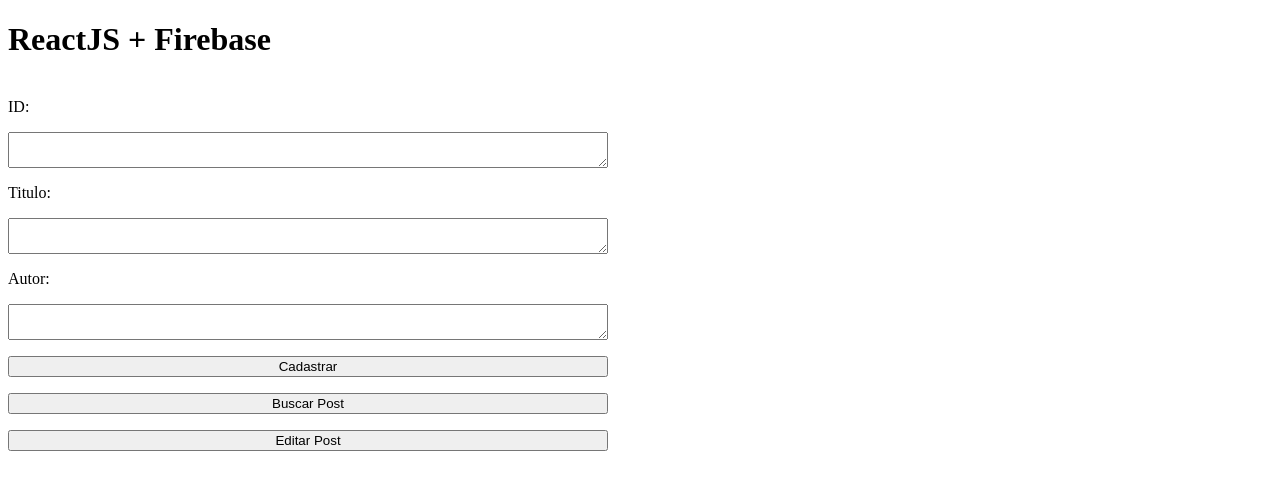
Repository: joaoaspimienta/Estudos-de-firebase
Page: /
The author's editor kept a copy of each file at every save. The page is drawn from the files as they stood at one save, then again after the next save.
The browser window is 1280 px wide. The pictures show the whole page.
The page's requests for data from a server got no answer. The project was rebuilt for these pictures with package versions that can differ from the ones it lists, and the page was loaded fresh each time. No one was signed in, and anything a server would have sent is missing.

Above is the page before, as saved 2022-06-12 11:27:54.

### src/App.js
import { useEffect, useState } from "react";
import firebase from "./firebaseConnection";
import "./style.css";

function App() {
  const [titulo, setTitulo] = useState("");
  const [autor, setAutor] = useState("");
  const [edit, setEdit] = useState("");
  const [posts, setPosts] = useState([]);

  useEffect(() => {
    async function loadPosts() {
      await firebase
        .firestore()
        .collection("posts")
        .onSnapshot((doc) => {
          let meusPosts = [];

          doc.forEach((item) => {
            meusPosts.push({
              id: item.id,
              titulo: item.data().titulo,
              autor: item.data().autor,
            });
          });
          setPosts(meusPosts);
        });
    }
    loadPosts();
  }, []);

  async function handleAdd() {
    await firebase
      .firestore()
      .collection("posts")
      .add({
        titulo: titulo,
        autor: autor,
      })
      .then(() => {
        alert("Dados cadastrados com sucesso!");
        setTitulo("");
        setAutor("");
      })
      .catch((error) => {
        alert("GEROU ALGUM ERRO: " + error);
      });
  }
  /*  async function handleAdd(){
    await firebase.firestore().collection('posts')
    .doc('12345')
    .set({
      titulo: titulo,
      autor: autor,
    })
    .then(()=>{
      alert('Dados cadastrados com sucesso!')
    })
    .catch((error)=>{
      alert('GEROU ALGUM ERRO: ' + error)
    })
  } */

  async function buscaPost() {
    await firebase
      .firestore()
      .collection("posts")
      .get()
      .then((snapshot) => {
        let lista = [];

        snapshot.forEach((doc) => {
          lista.push({
            id: doc.id,
            titulo: doc.data().titulo,
            autor: doc.data().autor,
          });
        });
        setPosts(lista);
      })
      .catch();

    /*     await firebase.firestore().collection('posts')
    .doc('tuTKEq4Gtc2iEI9BXEGe')
    .get()
    .then((snapshot)=>{
      setTitulo(snapshot.data().titulo)
      setAutor(snapshot.data().autor)
    })
    .catch(()=>{
      console.log('Deu algum erro')
    }) */
  }

  async function editarPost() {
    firebase.firestore().collection("posts").doc();
  }

  return (
    <div>
      <h1>ReactJS + Firebase</h1>
      <br />

      <div className="container">
        <label>ID:</label>
        <textarea
          type="text"
          value={edit}
          onChange={(e) => setEdit(e.target.value)}
        />
        <label>Titulo: </label>
        <textarea
          type="text"
          value={titulo}
          onChange={(e) => setTitulo(e.target.value)}
        />
        <label>Autor: </label>
        <textarea
          type="text"
          value={autor}
          onChange={(e) => setAutor(e.target.value)}
        />
        <button onClick={handleAdd}>Cadastrar</button>
        <button onClick={buscaPost}>Buscar Post</button>
        <button onClick={editarPost}>Editar Post</button> <br />
        <ul>
          {posts.map((post) => {
            return (
              <li key={post.id}>
                <span>ID: {post.id}</span>
                <br />
                <span>Titulo: {post.titulo}</span> <br />
                <span>Autor: {post.autor}</span> <br />
                <br />
              </li>
            );
          })}
        </ul>
      </div>
    </div>
  );
}

export default App;

### src/firebaseConnection.js
import firebase from 'firebase/app'
import 'firebase/firestore'

let firebaseConfig = {
  apiKey: "AIzaSyBM8zXTuMB9OuHMgazGoDHqoWQcRxFFhw8",
  authDomain: "react-zero-ao-avancado.firebaseapp.com",
  projectId: "react-zero-ao-avancado",
  storageBucket: "react-zero-ao-avancado.appspot.com",
  messagingSenderId: "829524555310",
  appId: "1:829524555310:web:21abf5fa7f77d62df511bf",
  measurementId: "G-5HZY1965W8"
};

if(!firebase.apps.length){
  firebase.initializeApp(firebaseConfig)
}

export default firebase;

### src/style.css
.container{
  width: 600px;
  display: flex;
  flex-direction: column;
  gap: 1rem;
}

Loaded but not shown: public/index.html (common file); src/index.js (common file)

After the next save:
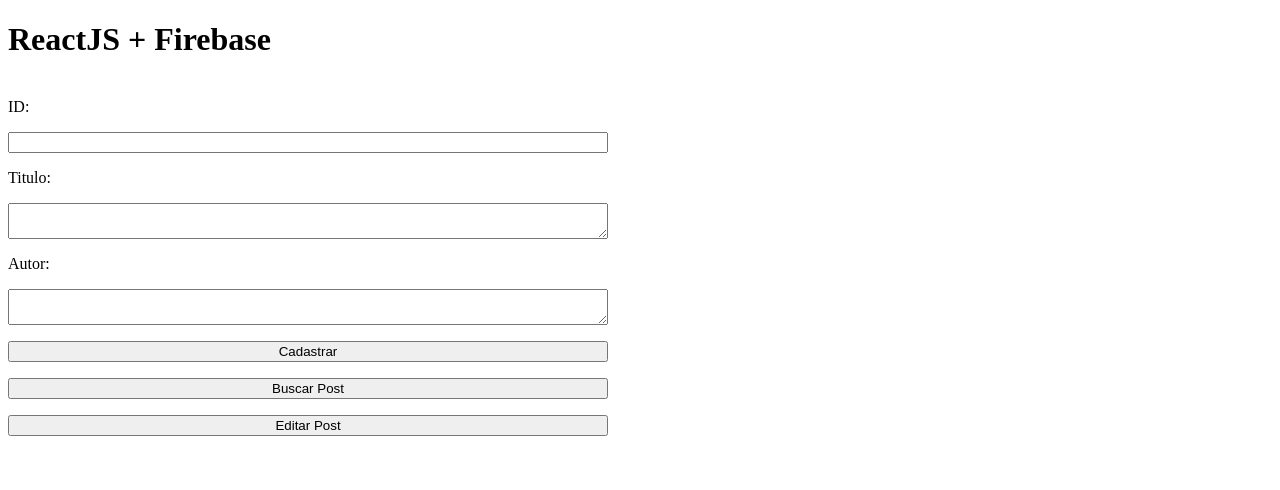
Saved 4 min 34 s later.
--- a/src/App.js
+++ b/src/App.js
@@ -93,7 +93,13 @@
   }
 
   async function editarPost() {
-    firebase.firestore().collection("posts").doc();
+    await firebase
+      .firestore()
+      .collection("posts")
+      .update(edit)
+      .forEach((item) => {
+        item.update;
+      });
   }
 
   return (
@@ -103,7 +109,7 @@
 
       <div className="container">
         <label>ID:</label>
-        <textarea
+        <input
           type="text"
           value={edit}
           onChange={(e) => setEdit(e.target.value)}

After the save that followed:
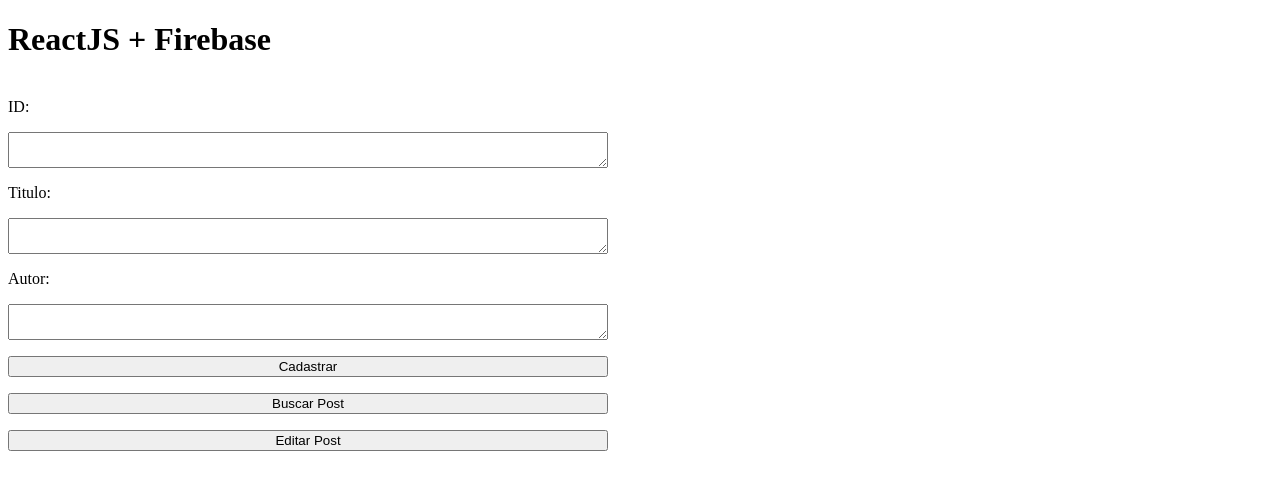
Saved 24 s later.
--- a/src/App.js
+++ b/src/App.js
@@ -109,7 +109,7 @@
 
       <div className="container">
         <label>ID:</label>
-        <input
+        <textarea
           type="text"
           value={edit}
           onChange={(e) => setEdit(e.target.value)}
